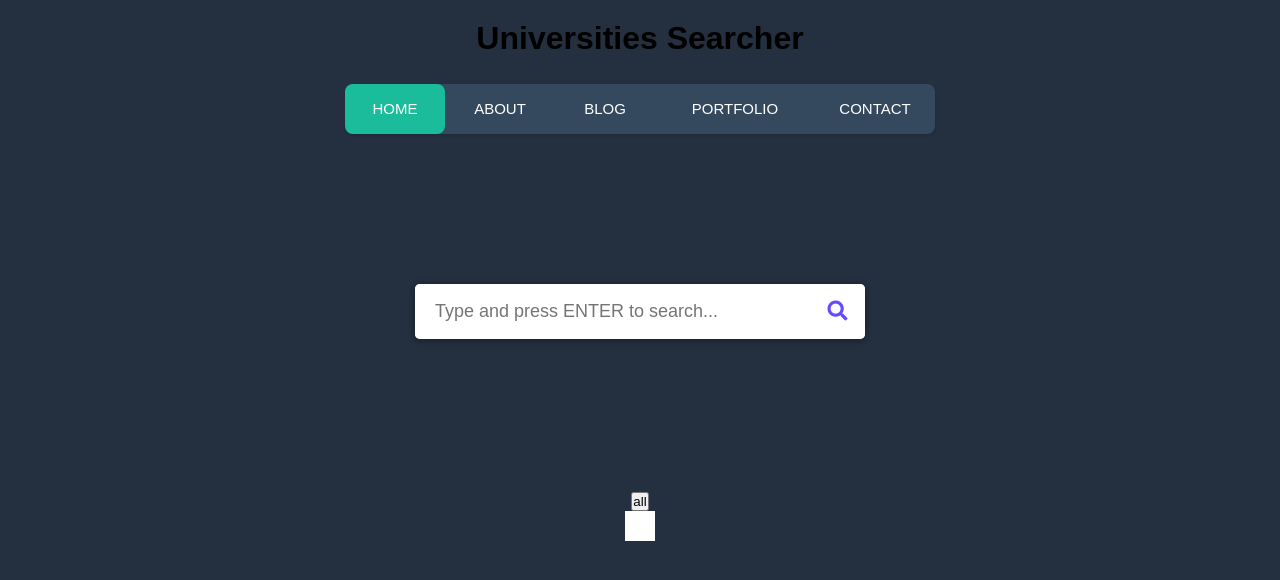
Repository: tommydj9/uni
Page: web/src/index.html
An editor plug-in stored every save of this project. The page is shown before and after the next save, followed by the edit.
The browser window is 1280 px wide. The pictures show the whole page.
The page's requests for data from a server got no answer.

Above is the page before, as saved 2022-07-19 14:32:57.
Console error: ReferenceError: $ is not defined

### web/src/index.html
<!DOCTYPE html>
<html lang="en">

<head>
    <meta charset="UTF-8">
    <meta http-equiv="X-UA-Compatible" content="IE=edge">
    <meta name="viewport" content="width=device-width, initial-scale=1.0">
    <title>Uni</title>
    <link rel="stylesheet" href="style.css">
    <meta name="viewport" content="width=device-width, initial-scale=1.0">
    <link rel="stylesheet" href="https://cdnjs.cloudflare.com/ajax/libs/font-awesome/5.15.3/css/all.min.css" />
    <script language="JavaScript" type="index.js/JavaScript"></script>

</head>

<body>



    <div id="title">
        <h1>Universities Searcher</h1>
    </div>





    <header>
        <div id="nav" class="container">

            <h1 class="logo"></h1>


            <nav>
                <a href="#pagina2">Home</a>
                <a href="#">About</a>
                <a href="#">Blog</a>
                <a href="#">Portfolio</a>
                <a href="#">Contact</a>
                <div class="animation start-home"></div>
            </nav>


        </div>
    </header>


    <div class="wrapper">
        <div class="search-input">
            <input id="search-input-text" type="text" onkeyup=" onSearchInputKeyUp(event)"
                placeholder="Type and press ENTER to search...">
            <div class="icon"><i class="fas fa-search"></i></div>

        </div>

    </div>


    <button id="allBtn">all</button>

    <div id="universities">
        <!-- Ogni università sarà fatta così, ma le creiamo in JS
        <div class="university">
            <h2>Uni 1</h2>
            <img src="https://upload.wikimedia.org/wikipedia/it/b/be/Logo_Politecnico_Milano.png">
            <p>asdasdasdasdas</p>
        </div>
        -->




    </div>
    <div id="loader-wrapper">
        <span class="loader"><span class="loader-inner"></span></span>
    </div>







    <script src="https://cdn.jsdelivr.net/npm/axios/dist/axios.min.js"></script>
    <script src="index.js"></script>
</body>

</html>

### web/src/style.css
body {
  text-align: center;
  font-family: 'Segoe UI', Tahoma, Geneva, Verdana, sans-serif;
  background: #644bff;
  padding: 20px;
}

a {
  text-decoration: none;
}

@import url('https://fonts.googleapis.com/css2?family=Poppins:wght@200;300;400;500;600;700&display=swap');

* {
  margin: 0;
  padding: 0;
  box-sizing: border-box;
  font-family: 'Poppins', sans-serif;
}


::selection {
  color: #fff;
  background: #664AFF;
}

.wrapper {
  max-width: 450px;
  margin: 150px auto;
}

.wrapper .search-input {
  background: #fff;
  width: 100%;
  border-radius: 5px;
  position: relative;
  box-shadow: 0px 1px 5px 3px rgba(0, 0, 0, 0.12);
}

.search-input input {
  height: 55px;
  width: 100%;
  outline: none;
  border: none;
  border-radius: 5px;
  padding: 0 60px 0 20px;
  font-size: 18px;
  box-shadow: 0px 1px 5px rgba(0, 0, 0, 0.1);
}

.search-input.active input {
  border-radius: 5px 5px 0 0;
}

.search-input .autocom-box {
  padding: 0;
  opacity: 0;
  pointer-events: none;
  max-height: 280px;
  overflow-y: auto;
}

.search-input.active .autocom-box {
  padding: 10px 8px;
  opacity: 1;
  pointer-events: auto;
}

.autocom-box li {
  list-style: none;
  padding: 8px 12px;
  display: none;
  width: 100%;
  cursor: default;
  border-radius: 3px;
}

.search-input.active .autocom-box li {
  display: block;
}

.autocom-box li:hover {
  background: #efefef;
}

.search-input .icon {
  position: absolute;
  right: 0px;
  top: 0px;
  height: 55px;
  width: 55px;
  text-align: center;
  line-height: 55px;
  font-size: 20px;
  color: #644bff;
  cursor: pointer;
}

@import url('https://fonts.googleapis.com/css?family=Open+Sans&display=swap');

body {
  font-family: 'Open Sans', sans-serif;
  background: #2c3e50;
}

nav {
  position: relative;
  margin: 27px auto 0;
  width: 590px;
  height: 50px;
  background: #34495e;
  border-radius: 8px;
  font-size: 0;
  box-shadow: 0 2px 3px 0 rgba(0, 0, 0, .1);
}

nav a {
  font-size: 15px;
  text-transform: uppercase;
  color: white;
  text-decoration: none;
  line-height: 50px;
  position: relative;
  z-index: 1;
  display: inline-block;
  text-align: center;
}

nav .animation {
  position: absolute;
  height: 100%;
  /* height: 5px; */
  top: 0;
  /* bottom: 0; */
  z-index: 0;
  background: #1abc9c;
  border-radius: 8px;
  transition: all .5s ease 0s;
}

nav a:nth-child(1) {
  width: 100px;
}

nav .start-home,
a:nth-child(1):hover~.animation {
  width: 100px;
  left: 0;
}

nav a:nth-child(2) {
  width: 110px;
}

nav .start-about,
a:nth-child(2):hover~.animation {
  width: 110px;
  left: 100px;
}

nav a:nth-child(3) {
  width: 100px;
}

nav .start-Pricing,
a:nth-child(3):hover~.animation {
  width: 100px;
  left: 210px;
}

nav a:nth-child(4) {
  width: 160px;
}

nav .start-contact,
a:nth-child(4):hover~.animation {
  width: 160px;
  left: 310px;
}

nav a:nth-child(5) {
  width: 120px;
}

nav .start-Portfolio,
a:nth-child(5):hover~.animation {
  width: 120px;
  left: 470px;
}

#universities {
  max-width: 1650px;
  margin: 0 auto;
}

.university {
  margin: 20px;
  padding: 15px;
  background-color: white;
  border-radius: 20px;
  display: inline-block;
  width: 500px;
  height: 400px;
  text-align: center;
  cursor: pointer;
}

.university img {
  height: 300px;
  padding-top: 15px;
  padding-bottom: 15px;
  box-shadow: #34495e;
}

body,
html {
  height: 100%;
  text-align: center;
}

body {
  background-color: #242F3F;
}

.loader {
  display: inline-block;
  width: 30px;
  height: 30px;
  position: relative;
  border: 4px solid #Fff;
  top: 50%;
  animation: loader 2s infinite ease;
}

.loader-inner {
  vertical-align: top;
  display: inline-block;
  width: 100%;
  background-color: #fff;
  animation: loader-inner 2s infinite ease-in;
}

.allBtn {
  background-color: #1abc9c;
}

@keyframes loader {
  0% {
    transform: rotate(0deg);
  }

  25% {
    transform: rotate(180deg);
  }

  50% {
    transform: rotate(180deg);
  }

  75% {
    transform: rotate(360deg);
  }

  100% {
    transform: rotate(360deg);
  }
}

@keyframes loader-inner {
  0% {
    height: 0%;
  }

  25% {
    height: 0%;
  }

  50% {
    height: 100%;
  }

  75% {
    height: 100%;
  }

  100% {
    height: 0%;
  }
}

### web/src/index.js


const serverAddress = 'http://127.0.0.1:5000' // 127.0.0.1 è in HTTP l'indirizzo locale
// Cioè localhost
// Cioè, il tuo computer
// Ci va bene solo finché siamo in fase di sviluppo e lavoriamo sul nostro computer.
function getUniversities() {



    const searchInput = document.getElementById('search-input-text').value;


    axios.get(serverAddress + `/universities?search=${searchInput}`)
        .then(function (response) {
            // handle success

            const listOfUniversities = response.data.universities;

            document.getElementById("universities").replaceChildren([]);

            for (let i = 0; i < 10; i++) {

                const university = listOfUniversities[i]
                const universityNode = document.createElement('div');
                const universityTitleNode = document.createElement('h2');
                const universityImageNode = document.createElement('img');
                const universityDescriptionNode = document.createElement('p');
                universityTitleNode.innerText = university.name;
                universityImageNode.src = university.imgSrc;
                universityDescriptionNode.innerText = university.description;
                universityNode.classList.add('university');
                universityNode.appendChild(universityTitleNode);
                universityNode.appendChild(universityImageNode);
                universityNode.appendChild(universityDescriptionNode);

                document.getElementById("universities").appendChild(universityNode);

            }

            let btnAll = document.getElementById('allBtn');


            btnAll.addEventListener('click', function all() {

                document.getElementById("universities").replaceChildren([]);

                console.log(listOfUniversities.length);



                for (let i = 0; i < 19590; i++) {

                    const university = listOfUniversities[i]
                    const universityNode = document.createElement('div');
                    const universityTitleNode = document.createElement('h2');
                    const universityImageNode = document.createElement('img');
                    const universityDescriptionNode = document.createElement('p');
                    universityTitleNode.innerText = university.name;
                    universityImageNode.src = university.imgSrc;
                    universityDescriptionNode.innerText = university.description;
                    universityNode.classList.add('university');
                    universityNode.appendChild(universityTitleNode);
                    universityNode.appendChild(universityImageNode);
                    universityNode.appendChild(universityDescriptionNode);

                    document.getElementById("universities").appendChild(universityNode);
                }

            });
        })
        .catch(function (error) {
            // handle error
            console.log(error);
        })
}

function onSearchInputKeyUp(e) {



    if (e.key === 'Enter') {
        getUniversities();
    }



    if (e.key.value === 'ciao') {
        alert('ciao');
    }


    if (e.key.value === 'ciao') {
        getUniversities();
    }

}



function onLoad() {
    // Quello che vogliamo che succeda non appena la pagina ha finito di caricare la prima volta.
    getUniversities();
    let load = document.getElementById('');
}

window.onload = onLoad;


$(window).on("load", function () {
    $(".loader-wrapper").fadeOut("slow");
})

After the next save:
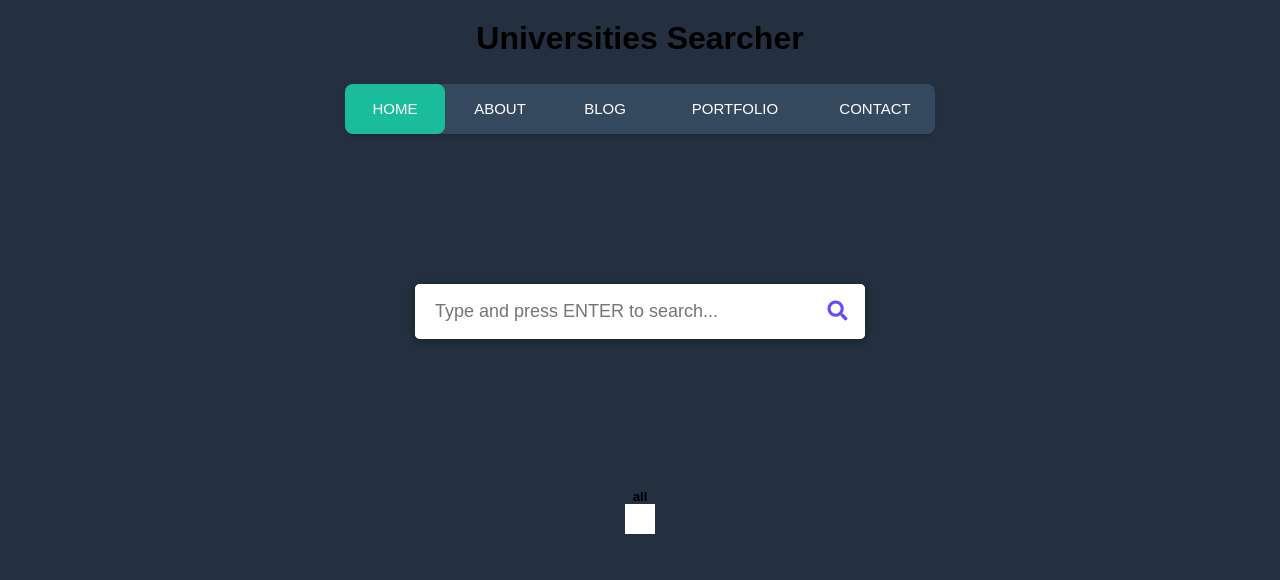
Saved 2 min 51 s later.
--- a/web/src/index.html
+++ b/web/src/index.html
@@ -56,7 +56,7 @@
     </div>
 
 
-    <button id="allBtn">all</button>
+    <h5 id="allBtn">all</h5>
 
     <div id="universities">
         <!-- Ogni università sarà fatta così, ma le creiamo in JS
